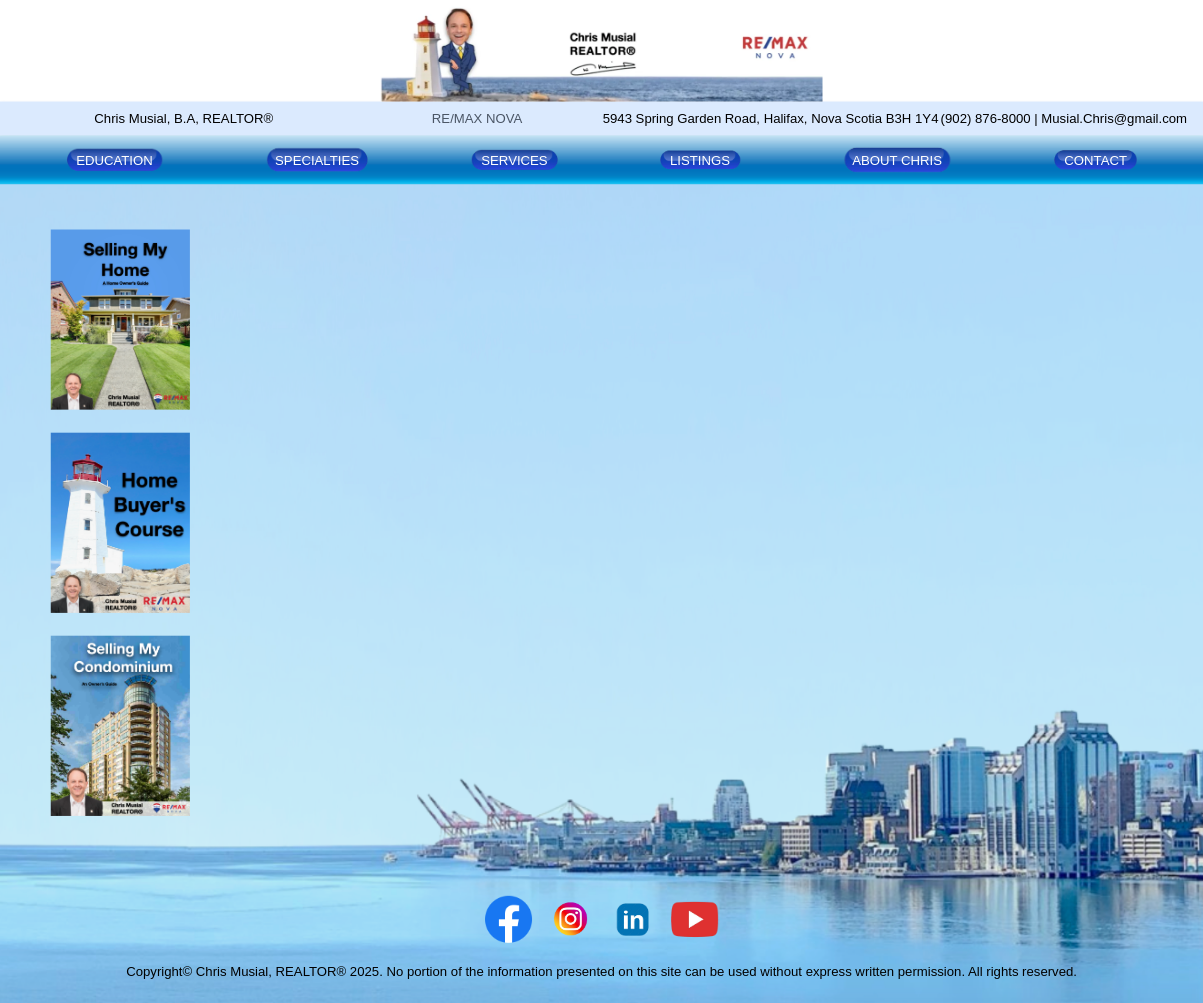
Repository: TMuse333/father-website
Page: / (app in frontend/)
The author's editor kept a copy of each file at every save. The page is drawn from the files as they stood at one save, then again after the next save.
The browser window is 1280 px wide. The pictures show the whole page, at 94% of full size.
The project was rebuilt for these pictures with package versions that can differ from the ones it lists, and the page was loaded fresh each time. The framework's server and built-in components were replaced by stand-ins that run in the browser. Also part of the build but not shown: frontend/next.config.ts.

Above is the page before, as saved 2025-05-24 16:43:36.

After the next save:
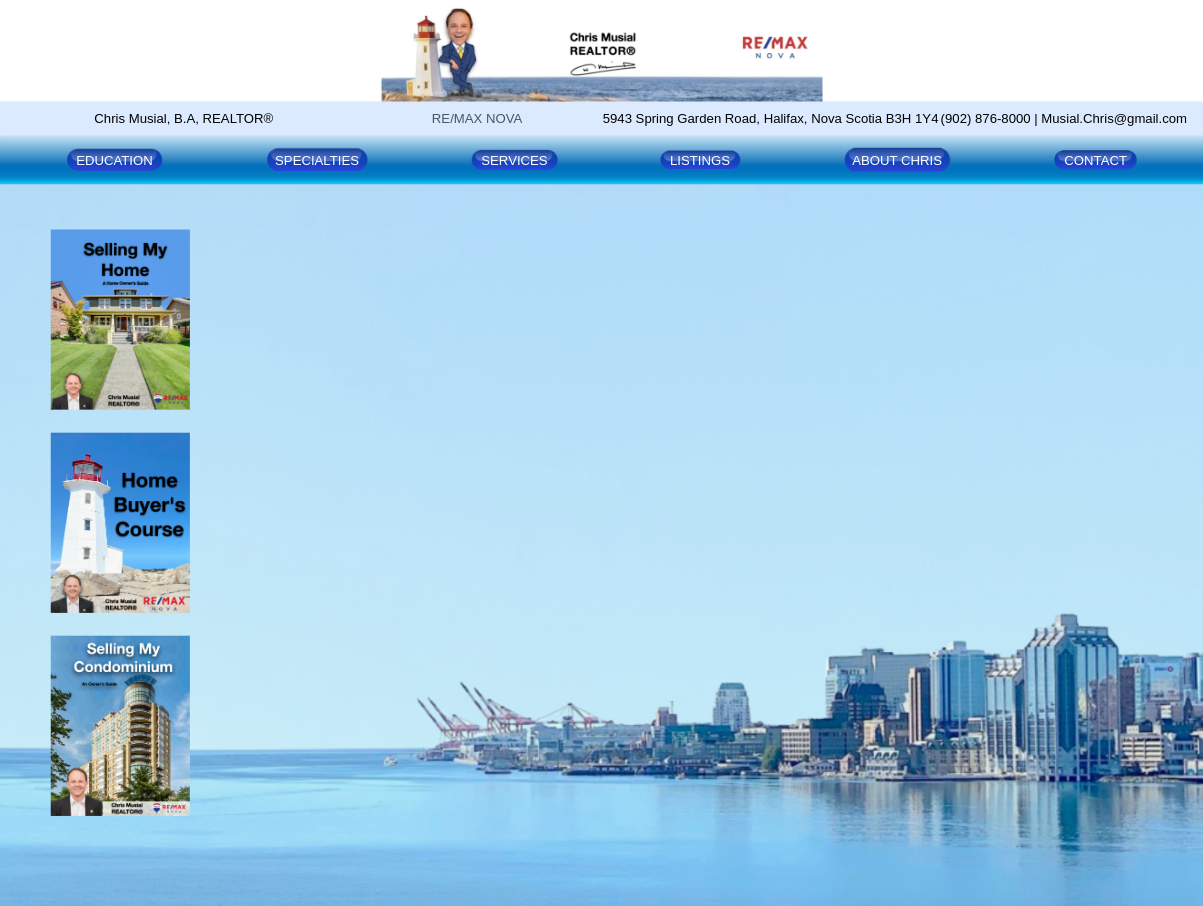
Saved 14 s later.
--- a/frontend/src/components/homepage/homepage.tsx
+++ b/frontend/src/components/homepage/homepage.tsx
@@ -175,35 +175,7 @@
       {/* Footer Section */}
       <footer className="py-6 relative z-10 text-black
         ">
-        <div className="max-w-7xl mx-auto px-4 flex flex-col items-center">
-        <div className="flex space-x-4 mb-2">
-            {socialMedia.map((platform) => (
-              <a
-                key={platform.name}
-                href={platform.url}
-                target="_blank"
-                rel="noopener noreferrer"
-                className="hover:scale-[1.1] transition-all"
-              >
-                <Image
-                  src={platform.image}
-                  alt={`${platform.name} Logo`}
-                  width={32}
-                  height={32}
 
-                  className={` transition-transform duration-300 object-contain ${
-                    platform.name === "instagram" ? "w-[100px] h-[100px] scale-[2] hover:scale-[2.5]" : "w-[50px] hover:scale-110 h-[75px]"
-                  }`}
-                />
-              </a>
-            ))}
-          </div>
-          <p className="text-sm text-center">
-            Copyright© Chris Musial, REALTOR® 2025. No portion of the information
-            presented on this site can be used without express written permission.
-            All rights reserved.
-          </p>
-        </div>
       </footer>
     </div>
   );
